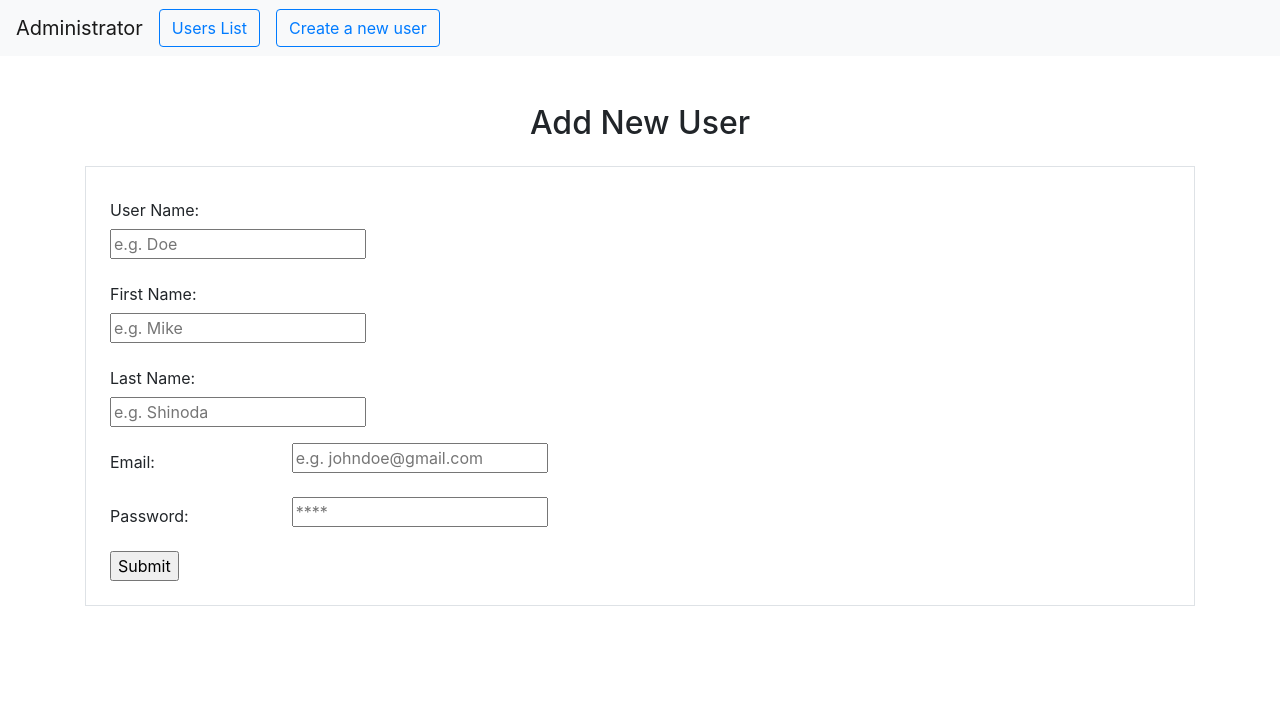
Repository: Dimitris-Kaler/Keycloak-Admin-Web-Interface
Page: http://localhost/rest-api/src/webapp/createUser.jsp
These files come from the project's save history. The page is drawn as it stood at one moment and after the next save; the edit follows.
The browser window is 1280 px wide. The pictures show the whole page.
The page is served by Tomcat 9. Other server files are loaded and not shown.

Above is the page before, as saved 2023-12-22 18:45:10.

### rest-api/src/webapp/createUser.jsp
<%@ page language="java" contentType="text/html; charset=ISO-8859-1"
    pageEncoding="ISO-8859-1"%>
<!DOCTYPE html>
<html>
<head>
<meta charset="ISO-8859-1">
<title>Insert title here</title>
<link rel="stylesheet" href="https://maxcdn.bootstrapcdn.com/bootstrap/4.0.0/css/bootstrap.min.css" integrity="sha384-Gn5384xqQ1aoWXA+058RXPxPg6fy4IWvTNh0E263XmFcJlSAwiGgFAW/dAiS6JXm" crossorigin="anonymous">
</head>
<body>
	   <nav class="navbar navbar-expand-lg navbar-light bg-light">
        <a class="navbar-brand" href="#">Administrator</a>
        <button class="navbar-toggler" type="button" data-toggle="collapse" data-target="#navbarNav"
            aria-controls="navbarNav" aria-expanded="false" aria-label="Toggle navigation">
            <span class="navbar-toggler-icon"></span>
        </button>
        <div class="collapse navbar-collapse" id="navbarNav">
            <ul class="navbar-nav">
                <li class="nav-item active">
                    <form class="form-inline my-2 my-lg-0" action="userRepository" method="GET">
                        <button class="btn btn-outline-primary my-2 my-sm-0" type="submit">Users List</button>
                    </form>
                </li>
                <li class="nav-item">
                    <form class="form-inline my-2 my-lg-0 mx-3" action="createUser" method="GET">
                        <button class="btn btn-outline-primary my-2 my-sm-0" type="submit">Create a new user</button>
                    </form>
                </li>
            </ul>
        </div>
    </nav>
    <div class="container mt-5">
<h2 class="text-center mb-4">Add New User</h2>
<form class="border p-4 form"action="addUser"method="POST" >
<div class="form-group row">
			<label for="Username" class="col-sm-3 col-form-label">User
				Name:</label>
			<div class="col-sm-10">
				<input type="text" name="Username" placeholder="e.g. Doe">
			</div>
		</div>
<div class="form-group row">
			<label for="firstName" class="col-sm-3 col-form-label">First
				Name:</label>
			<div class="col-sm-10">
				<input type="text" name="firstName" placeholder="e.g. Mike">
			</div>
		</div>
		<div class="form-group row">
			<label for="lastName" class="col-sm-3 col-form-label">Last
				Name:</label>
			<div class="col-sm-10">
				<input type="text" name="lastName" placeholder="e.g. Shinoda">
			</div>
		</div>
		<div class="form-group row">
			<label for="email" class="col-sm-2 col-form-label">Email:</label>
			<div class="col-sm-10">
				<input type="text" name="email" placeholder="e.g. johndoe@gmail.com">
			</div>
		</div>
		<div class="form-group row">
			<label for="password" class="col-sm-2 col-form-label">Password:</label>
			<div class="col-sm-10">
				<input type="text" name="password" placeholder="****">
			</div>
		</div>

<input type="submit"name="submit">


</form>
</div>
</body>
</html>

After the next save:
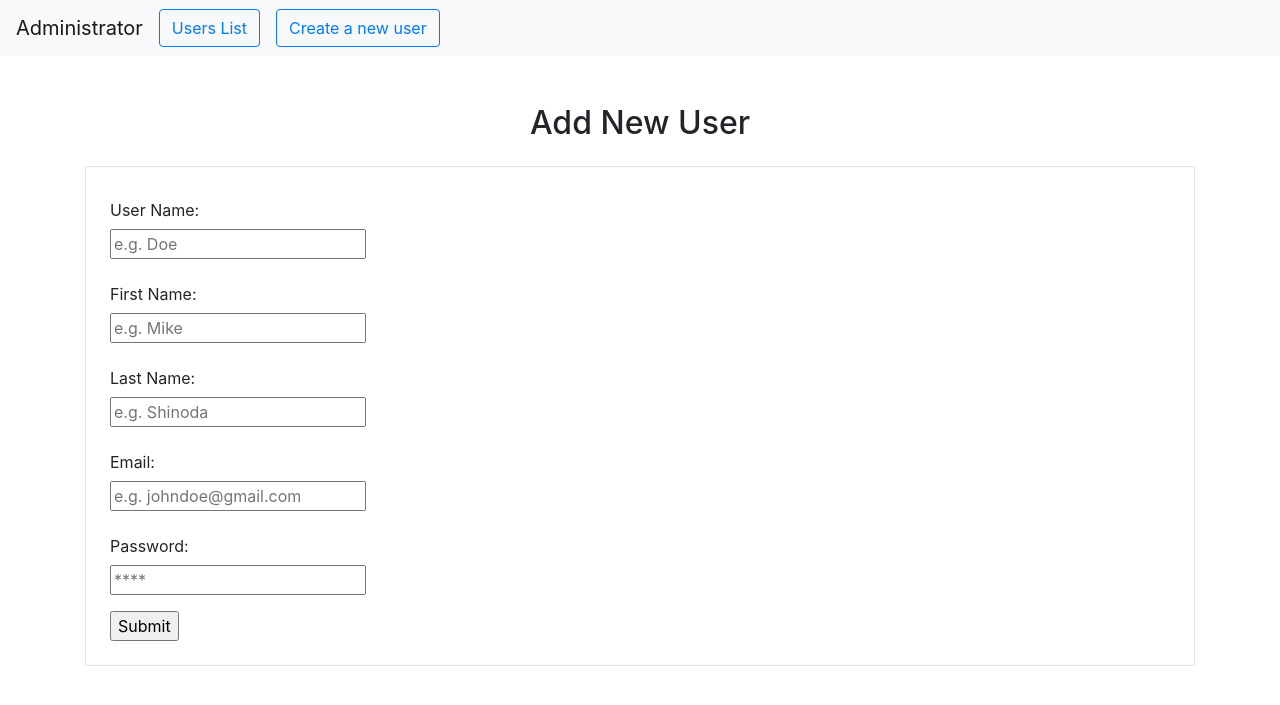
Saved 19 s later.
--- a/rest-api/src/webapp/createUser.jsp
+++ b/rest-api/src/webapp/createUser.jsp
@@ -54,13 +54,13 @@
 			</div>
 		</div>
 		<div class="form-group row">
-			<label for="email" class="col-sm-2 col-form-label">Email:</label>
+			<label for="email" class="col-sm-3 col-form-label">Email:</label>
 			<div class="col-sm-10">
 				<input type="text" name="email" placeholder="e.g. johndoe@gmail.com">
 			</div>
 		</div>
 		<div class="form-group row">
-			<label for="password" class="col-sm-2 col-form-label">Password:</label>
+			<label for="password" class="col-sm-3 col-form-label">Password:</label>
 			<div class="col-sm-10">
 				<input type="text" name="password" placeholder="****">
 			</div>
